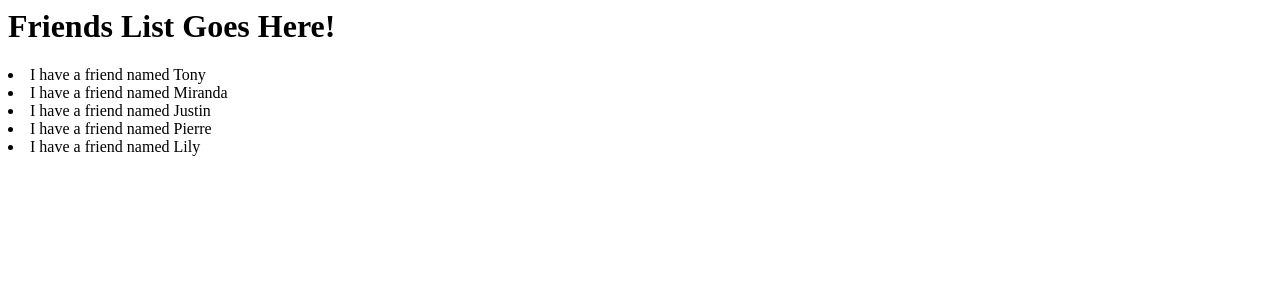
Repository: DrewGaard/Web-Developer-Bootcamp
Page: http://localhost/friends
The author's editor kept a record of every edit. The page is drawn from the files as they stood at one moment, then again after the next edit.
The browser window is 1280 px wide. The pictures show the whole page.
The page is served by the project's Node server (MoreExpress/PostRequestDemo/app.js).

Above is the page before.

After the next edit:
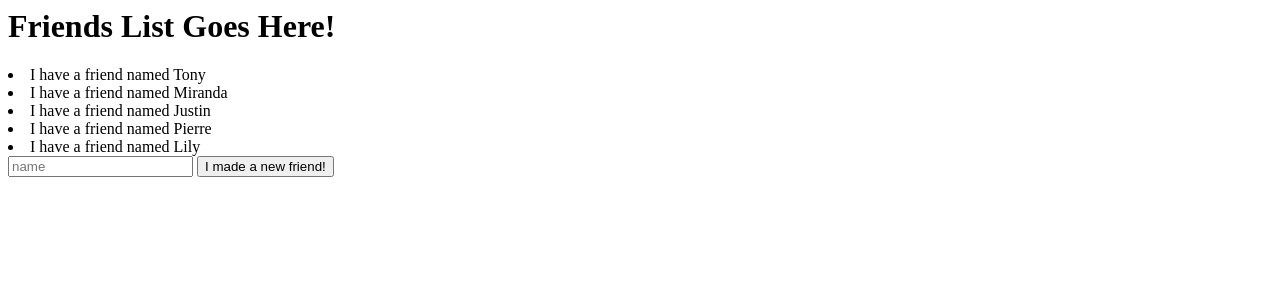
The edit:
--- a/Node JS Backend API ServerSide/webdevbootcamp/workspace/MoreExpress/PostRequestDemo/views/friends.ejs
+++ b/Node JS Backend API ServerSide/webdevbootcamp/workspace/MoreExpress/PostRequestDemo/views/friends.ejs
@@ -4,6 +4,7 @@
     <li>I have a friend named <%= friend %></li>
 <% }); %>
 
-<form>
-
+<form action="/addfriend" method="POST">
+    <input type="text" name="newfriend" placeholder="name">
+    <button>I made a new friend!</button>
 </form>
